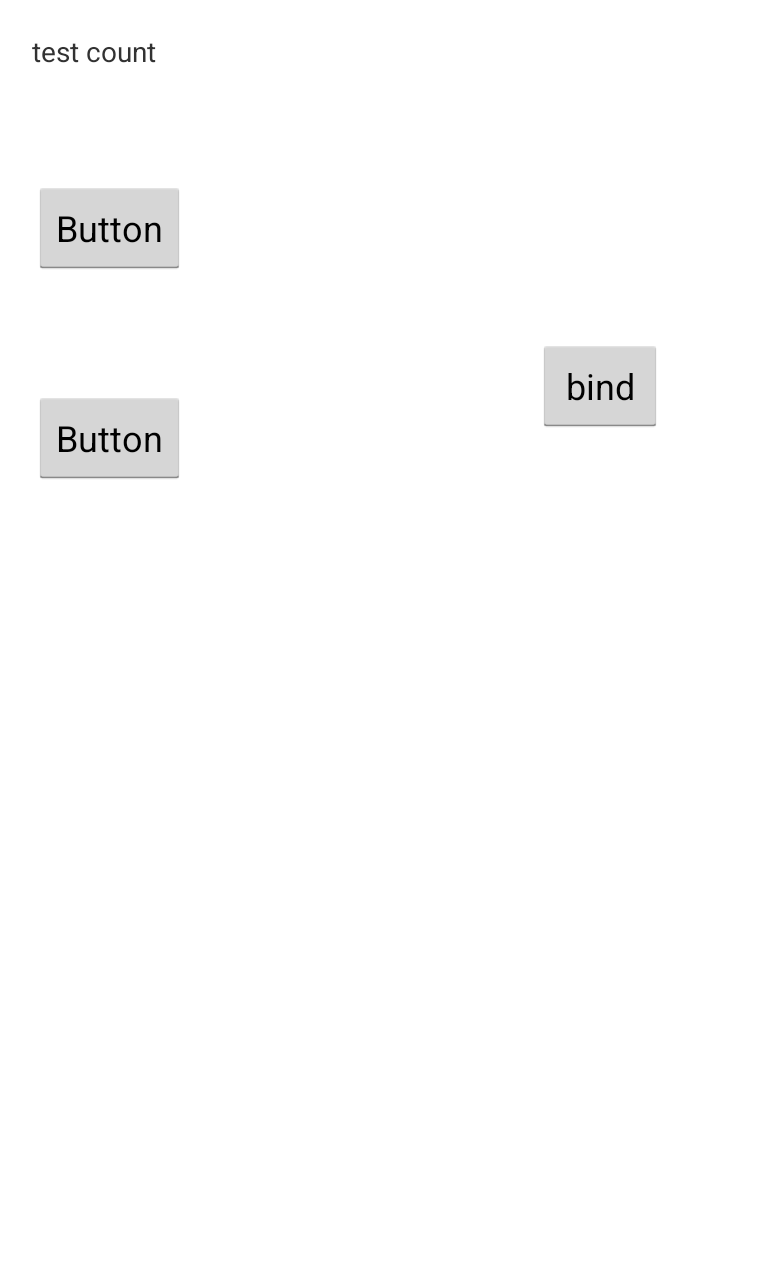
Repository: sparrow1058/AppTest
Layout: BindService/res/layout/activity_main.xml
These files come from the project's save history. The layout is drawn as it stood at one moment and after the next save; the edit follows.
It is drawn on a 768 x 1280 px phone screen (xhdpi) without system bars, with theme AppTheme; the app's code is not run.

Above is the layout before, as saved 2015-08-24 08:31:16.

### BindService/res/layout/activity_main.xml
<RelativeLayout xmlns:android="http://schemas.android.com/apk/res/android"
    xmlns:tools="http://schemas.android.com/tools"
    android:layout_width="match_parent"
    android:layout_height="match_parent"
    android:paddingBottom="@dimen/activity_vertical_margin"
    android:paddingLeft="@dimen/activity_horizontal_margin"
    android:paddingRight="@dimen/activity_horizontal_margin"
    android:paddingTop="@dimen/activity_vertical_margin"
    tools:context=".MainActivity" >

    <TextView
        android:id="@+id/textView1"
        android:layout_width="wrap_content"
        android:layout_height="wrap_content"
        android:text="test count" />

    <Button
        android:id="@+id/bind"
        android:layout_width="wrap_content"
        android:layout_height="wrap_content"
        android:layout_alignParentRight="true"
        android:layout_below="@+id/unbind"
        android:layout_marginRight="36dp"
        android:layout_marginTop="31dp"
        android:text="bind" />

    <Button
        android:id="@+id/getcount"
        android:layout_width="wrap_content"
        android:layout_height="wrap_content"
        android:layout_alignLeft="@+id/textView1"
        android:layout_alignTop="@+id/bind"
        android:layout_marginTop="26dp"
        android:text="Button" />

    <Button
        android:id="@+id/unbind"
        android:layout_width="wrap_content"
        android:layout_height="wrap_content"
        android:layout_alignLeft="@+id/getcount"
        android:layout_below="@+id/textView1"
        android:layout_marginTop="55dp"
        android:text="Button" />

</RelativeLayout>

Loaded but not shown: BindService/res/values/styles.xml (common file); BindService/res/values-v11/styles.xml (common file); BindService/res/values-v14/styles.xml (common file); BindService/res/values/dimens.xml (common file)

After the next save:
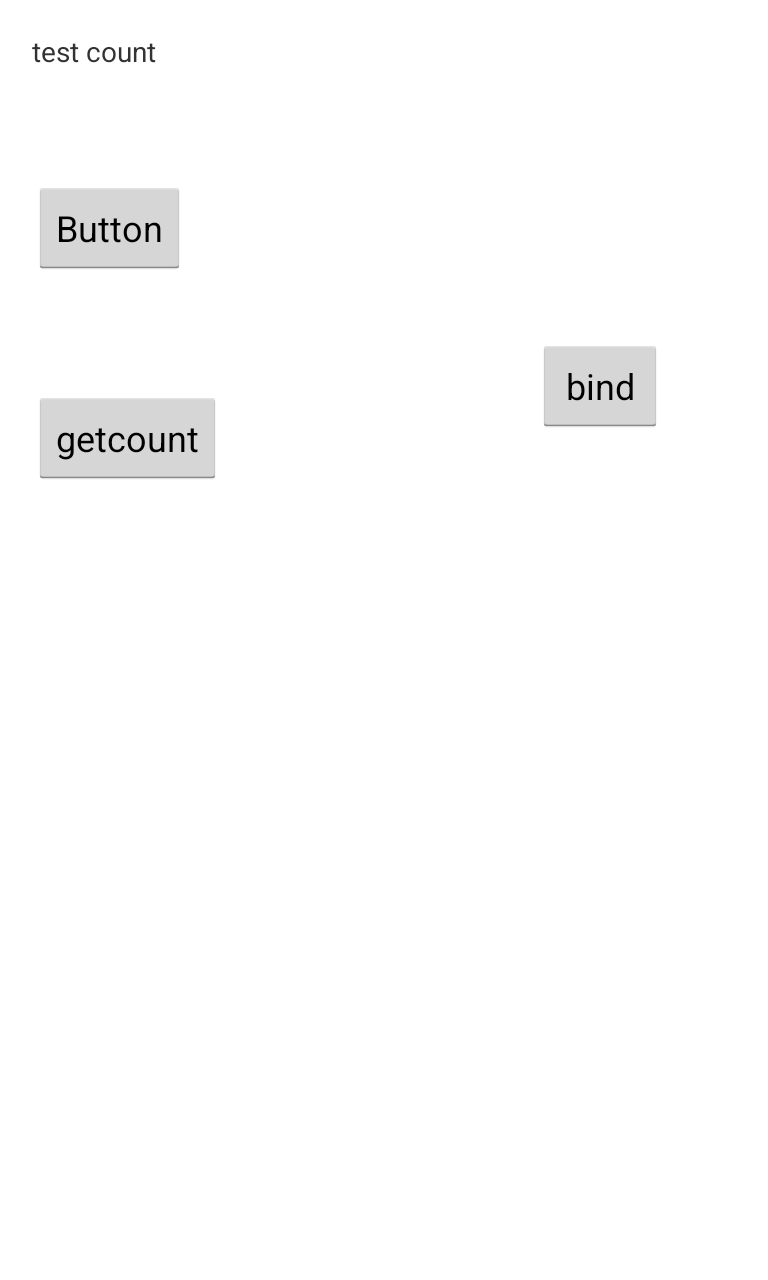
Saved 8 s later.
--- a/BindService/res/layout/activity_main.xml
+++ b/BindService/res/layout/activity_main.xml
@@ -31,7 +31,7 @@
         android:layout_alignLeft="@+id/textView1"
         android:layout_alignTop="@+id/bind"
         android:layout_marginTop="26dp"
-        android:text="Button" />
+        android:text="getcount" />
 
     <Button
         android:id="@+id/unbind"
